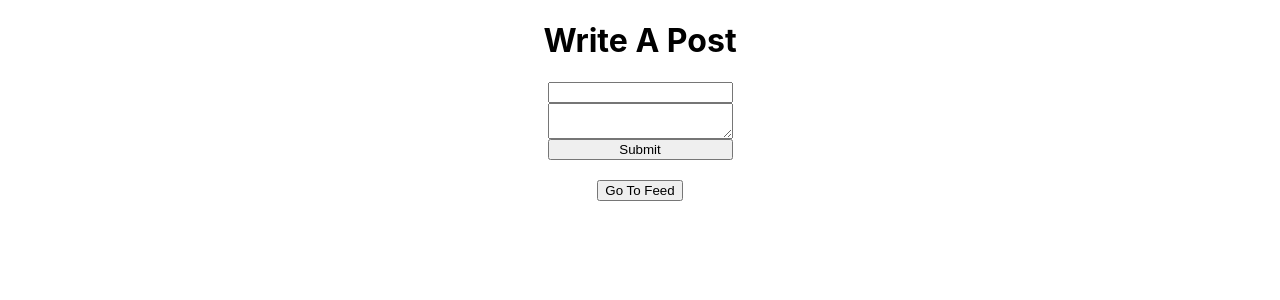
Repository: shaelorch/comp-week4
Page: /addPosts
These files come from the project's save history. The page is drawn as it stood at one moment and after a run of saves; the edit follows.
The browser window is 1280 px wide. The pictures show the whole page.
The project was rebuilt for these pictures with package versions that can differ from the ones it lists, and the page was loaded fresh each time. The framework's server and built-in components were replaced by stand-ins that run in the browser. Also part of the build but not shown: next.config.js.

Above is the page before, as saved 2023-01-31 23:07:34.

### pages/addPosts.js
import { useState } from 'react'
import axios from 'axios'
import { useEffect } from 'react'

export default function Home({posts}) {
    const [title, setTitle] = useState('')
    const [content, setContent] = useState('')

  const handleSubmit = async (e) => {
  e.preventDefault()
  const res = await axios.post('/api/posts', { title, content })
    console.log(res.data)
  }

  return <div style={{display:'flex', justifyContent:'center', flexDirection:'column' , alignItems:'center'}}>
  <h1>Write A Post</h1>

        <form onSubmit={handleSubmit} style={{display: "flex", flexDirection: "column", maxWidth: "600px"}}>
          <input type="text" value={title} onChange={(e) => setTitle(e.target.value)} />
          <textarea value={content} onChange={(e) => setContent(e.target.value)} />


            <button type="submit">Submit</button>
        </form>
        <a href='/'>
            <button style={{display:'flex', marginTop:20}}>Go To Feed</button>
        </a>


    </div>
  }

Loaded but not shown: pages/_app.js (common file); styles/globals.css (common file)

After the next 3 saves:
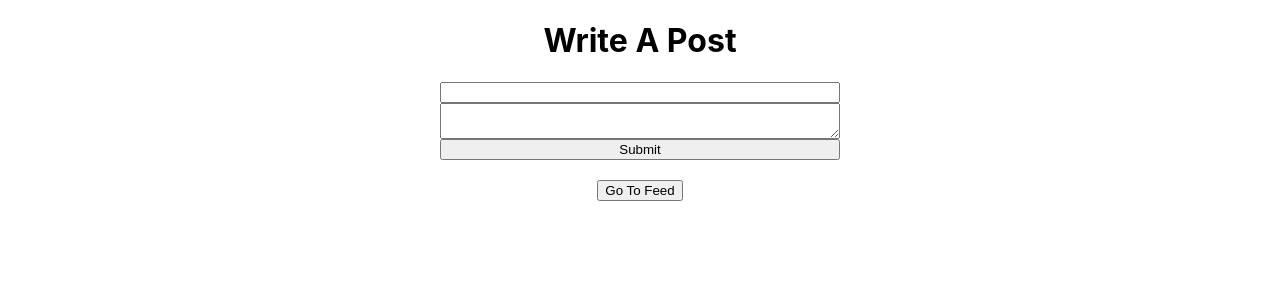
The 3 saves are shown as one change because they came seconds apart.
The last was saved 13 s later.
--- a/pages/addPosts.js
+++ b/pages/addPosts.js
@@ -15,7 +15,7 @@ export default function Home({posts}) {
   return <div style={{display:'flex', justifyContent:'center', flexDirection:'column' , alignItems:'center'}}>
   <h1>Write A Post</h1>
 
-        <form onSubmit={handleSubmit} style={{display: "flex", flexDirection: "column", maxWidth: "600px"}}>
+        <form onSubmit={handleSubmit} style={{display: "flex", flexDirection: "column", width:400}}>
           <input type="text" value={title} onChange={(e) => setTitle(e.target.value)} />
           <textarea value={content} onChange={(e) => setContent(e.target.value)} />
 
